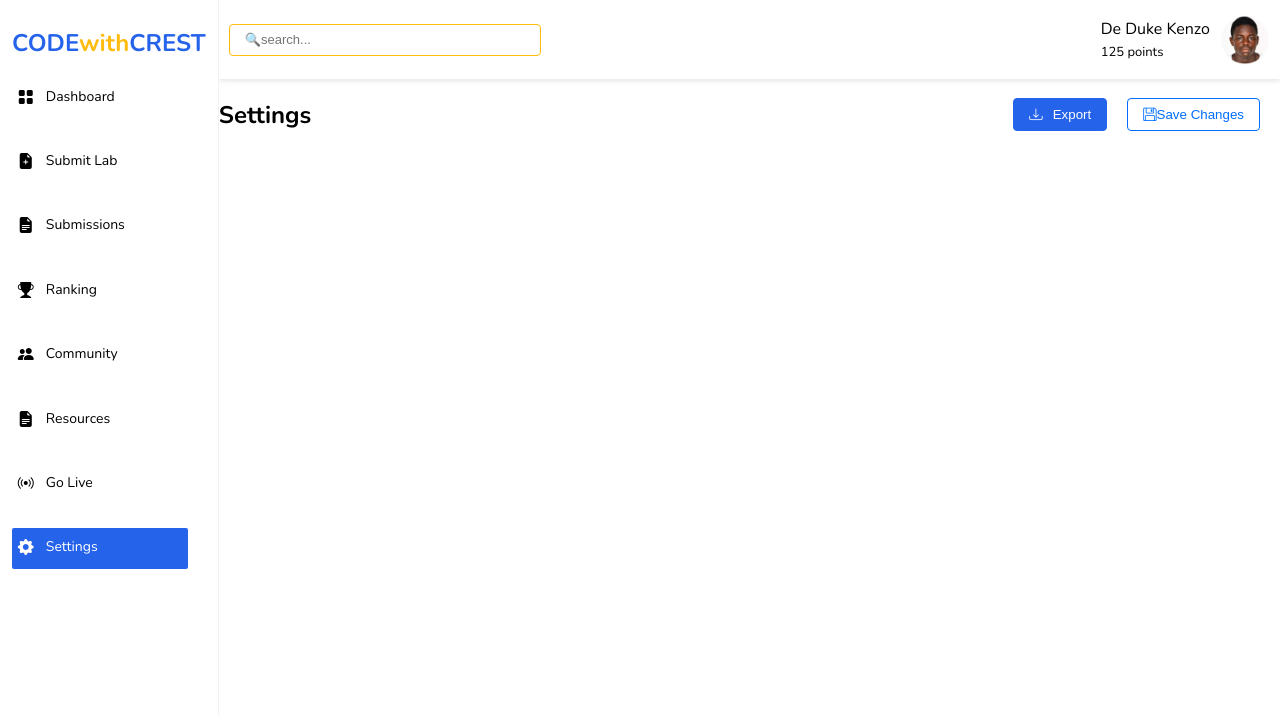
Repository: CarlTeclancing/codewithcrest
Page: /dashboard/settings
These files come from the project's save history. The page is drawn as it stood at one moment and after the next save; the edit follows.
The browser window is 1280 px wide. The pictures show the whole page.
The project was rebuilt for these pictures with package versions that can differ from the ones it lists, and the page was loaded fresh each time. Also part of the build but not shown: vite.config.js, src/pages/Dashboard/dashboard.css, globals.js, src/pages/Dashboard/Dashboard.jsx, src/pages/ranking/ranking.css, src/components/UserCard.jsx, src/pages/ranking/Ranking.jsx, src/components/GuideLines.jsx and 18 more.

Above is the page before, as saved 2025-09-10 14:22:56.

After the next save:
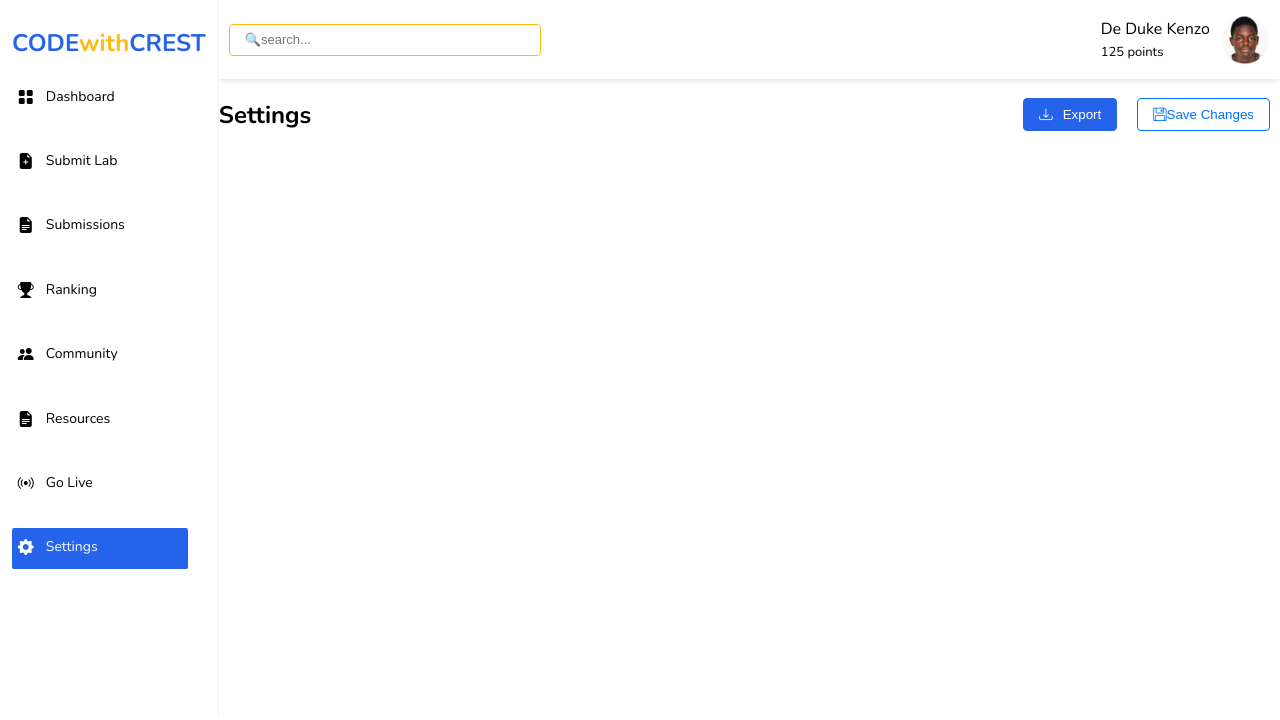
Saved 11 s later.
--- a/src/pages/settings/Setting.jsx
+++ b/src/pages/settings/Setting.jsx
@@ -10,7 +10,7 @@
                     <i class="bi bi-download" style={{marginRight:'10px'}}></i>
                     Export
                 </button>
-                <button className='btnl'>
+                <button className='btnl'style={{marginRight:'10px'}}>
                     <i class="bi bi-floppy"></i>
                     Save Changes
                 </button>

After the 6 saves that followed:
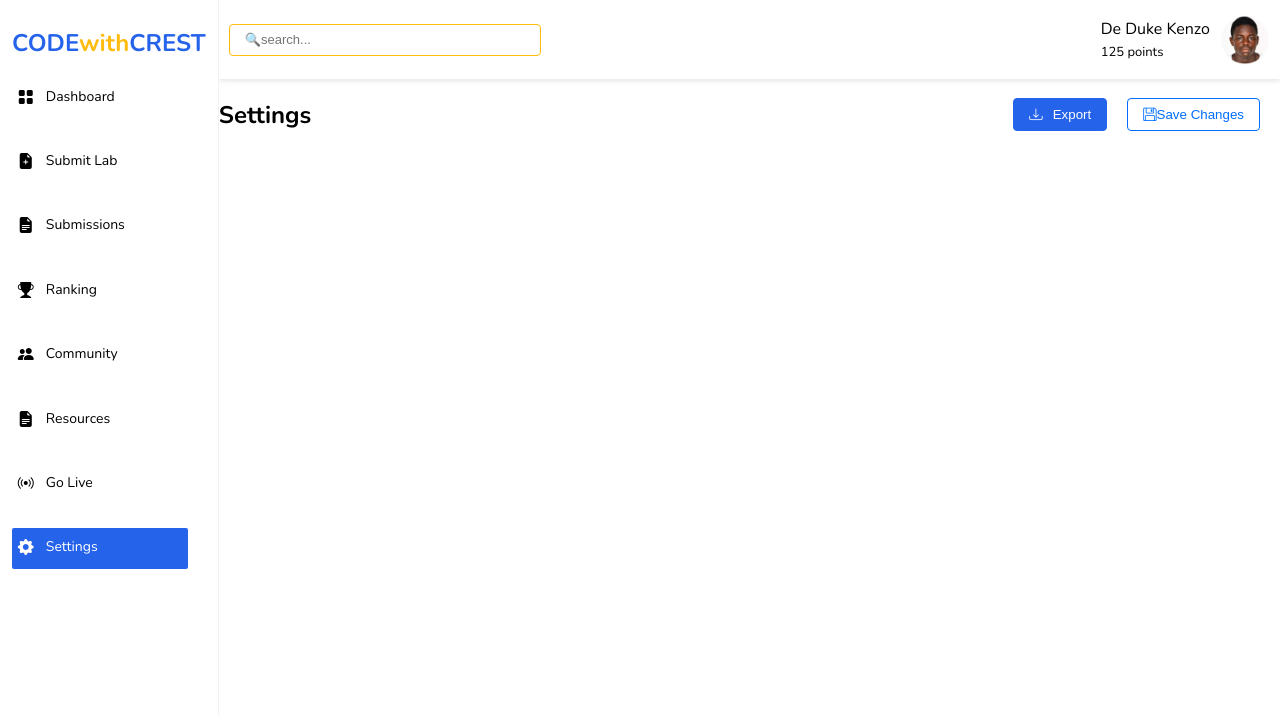
The 6 saves are shown as one change because 2 did not build or start and 1 left the picture as it was and some came seconds apart.
The last was saved 50 s later.
--- a/src/pages/settings/Setting.jsx
+++ b/src/pages/settings/Setting.jsx
@@ -10,8 +10,8 @@
                     <i class="bi bi-download" style={{marginRight:'10px'}}></i>
                     Export
                 </button>
-                <button className='btnl'style={{marginRight:'10px'}}>
-                    <i class="bi bi-floppy"></i>
+                <button className='btnl'>
+                    <i class="bi bi-floppy" ></i>
                     Save Changes
                 </button>
             </div>
